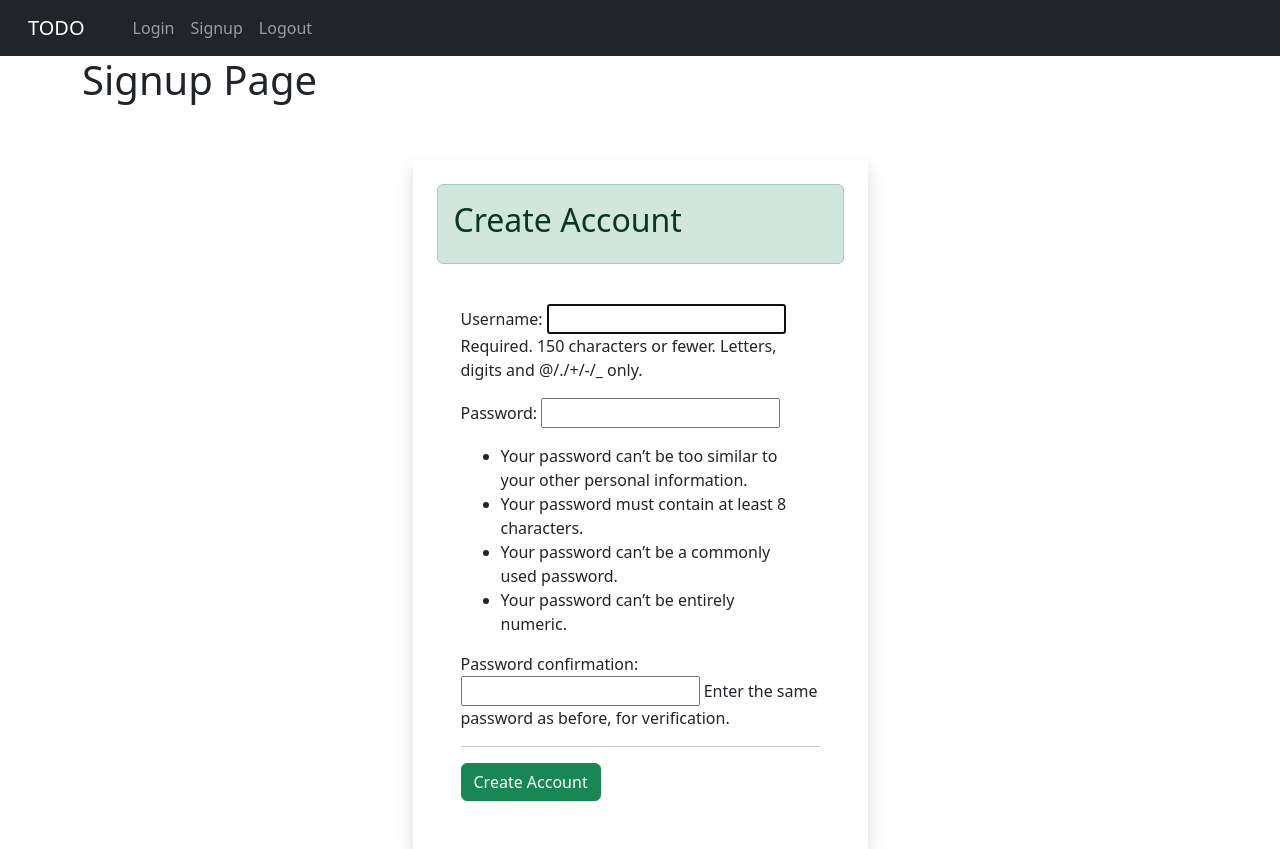
Repository: Anamikatiwari/Todo
Page: http://localhost/signup/
An editor plug-in stored every save of this project. The page is shown before and after the next save, followed by the edit.
The browser window is 1280 px wide. The pictures show the whole page.
The page is served by the project's application, run on Django 5.2 (manage.py). Other server files are loaded and not shown.

Above is the page before, as saved 2024-08-25 18:24:40.

### app/templates/signup.html
{% extends "base.html" %}

{% block content %}
<div class="container">
<h1>Signup Page</h1>
  <div class="container pt-4">
    <div class="col-lg-5 shadow p-4 mx-auto p-0 mt-4">
      <div class="alert alert-success">
        <h2>Create Account</h2>
      </div>
      <div class="p-4">
        <form method = "post" action="/signup/">
          {% csrf_token %}
          {{ form.as_p }}
          <hr>
          <input class="btn btn-success" type="submit"  value="Create Account">
        </form>
      </div>
    </div>
  </div>
</div>
{% endblock content %}

### app/templates/base.html
<!DOCTYPE html>
<!--<html lang="ar" dir="rtl">-->
<html lang="en">
  <head>

    <meta charset="utf-8">
    <meta name="viewport" content="width=device-width, initial-scale=1">

    <!-- Bootstrap CSS -->
    <link rel="stylesheet" href="https://cdn.jsdelivr.net/npm/bootstrap@5.3.3/dist/css/bootstrap.rtl.min.css" integrity="sha384-dpuaG1suU0eT09tx5plTaGMLBsfDLzUCCUXOY2j/LSvXYuG6Bqs43ALlhIqAJVRb" crossorigin="anonymous">

    <title>Hello World</title>
  </head>
  <body>

<!--navbar start-->
<nav class="navbar navbar-expand-lg  navbar-dark bg-dark">
    <div class="container-fluid">
      <a class="navbar-brand" href="/">TODO</a>
      <button class="navbar-toggler" type="button" data-bs-toggle="collapse" data-bs-target="#navbarNav" aria-controls="navbarNav" aria-expanded="false" aria-label="Toggle navigation">
        <span class="navbar-toggler-icon"></span>
      </button>
      <div class="collapse navbar-collapse" id="navbarNav">
        <ul class="navbar-nav ml-auto">

          <li class="nav-item">
            <a class="nav-link" href="/login">Login</a>
          </li>

          <li class="nav-item">
            <a class="nav-link" href="/signup">Signup</a>
          </li>

          <li class="nav-item">
            <a class="nav-link" href="/logout">Logout</a>
          </li>

        </ul>
      </div>
    </div>
  </nav>
  <!--Changing Content-->
  <div>
    {% block content %}

    {% endblock content %}
  </div>

  <!--end-->

  <script src="https://cdn.jsdelivr.net/npm/bootstrap@5.3.3/dist/js/bootstrap.bundle.min.js" integrity="sha384-YvpcrYf0tY3lHB60NNkmXc5s9fDVZLESaAA55NDzOxhy9GkcIdslK1eN7N6jIeHz" crossorigin="anonymous"></script>

</body>
</html>

### app/views.py
from django.shortcuts import render, redirect
from django.http import HttpResponse
from django.contrib.auth import authenticate, login as loginUser
from django.contrib.auth.forms import UserCreationForm, AuthenticationForm


# Create your views here.

def home(request):
    return render(request, 'index.html')

def login(request):
    if request.method == 'GET':
        form = AuthenticationForm()
        context = {
            'form': form
        }
        return render(request, 'login.html', context=context)
    else:
        form = AuthenticationForm(data=request.POST)
        if form.is_valid():
            username = form.cleaned_data.get('username')
            password = form.cleaned_data.get('password')
            user = authenticate(username=username, password=password)
            if user is not None:
                loginUser(request, user)
                return redirect('home')
        else:
            context = {
            'form': form
            }
            return render(request, 'login.html', context=context)




def signup(request):

    if request.method == 'GET':
        form = UserCreationForm()
        context = {
            'form': form
        }
        return render(request, 'signup.html', context=context)
    else:
        print(request.POST)
        form = UserCreationForm(request.POST)
        context = {
            'form': form
        }
        if form.is_valid():
            user = form.save()
            print('User created:', user)
            if user is not None:
                return redirect('login')
        else:
            print('Form is not valid')
            return render(request, 'signup.html', context=context)

### todo/urls.py
"""
URL configuration for todo project.

The `urlpatterns` list routes URLs to views. For more information please see:
    https://docs.djangoproject.com/en/5.1/topics/http/urls/
Examples:
Function views
    1. Add an import:  from my_app import views
    2. Add a URL to urlpatterns:  path('', views.home, name='home')
Class-based views
    1. Add an import:  from other_app.views import Home
    2. Add a URL to urlpatterns:  path('', Home.as_view(), name='home')
Including another URLconf
    1. Import the include() function: from django.urls import include, path
    2. Add a URL to urlpatterns:  path('blog/', include('blog.urls'))
"""
from django.contrib import admin
from django.urls import path, include

urlpatterns = [
    path('admin/', admin.site.urls),
    path('', include('app.urls'))
]

### app/urls.py
from django.contrib import admin
from django.urls import path, include
from app.views import home, login, signup


urlpatterns = [
    path('', home, name='home'),
    path('login/', login, name='login'),
    path('signup/', signup, name='signup')
]

After the next save:
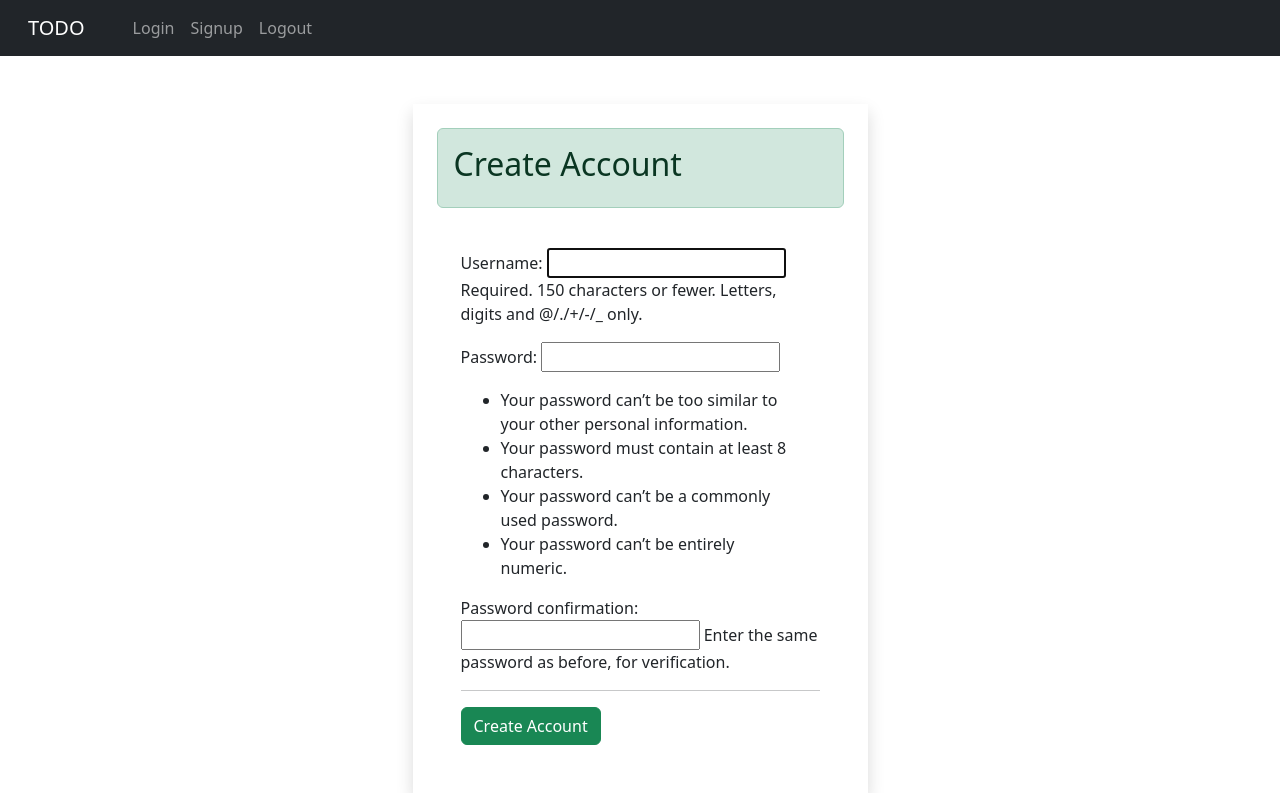
Saved 4 s later.
--- a/app/templates/signup.html
+++ b/app/templates/signup.html
@@ -2,7 +2,6 @@
 
 {% block content %}
 <div class="container">
-<h1>Signup Page</h1>
   <div class="container pt-4">
     <div class="col-lg-5 shadow p-4 mx-auto p-0 mt-4">
       <div class="alert alert-success">
